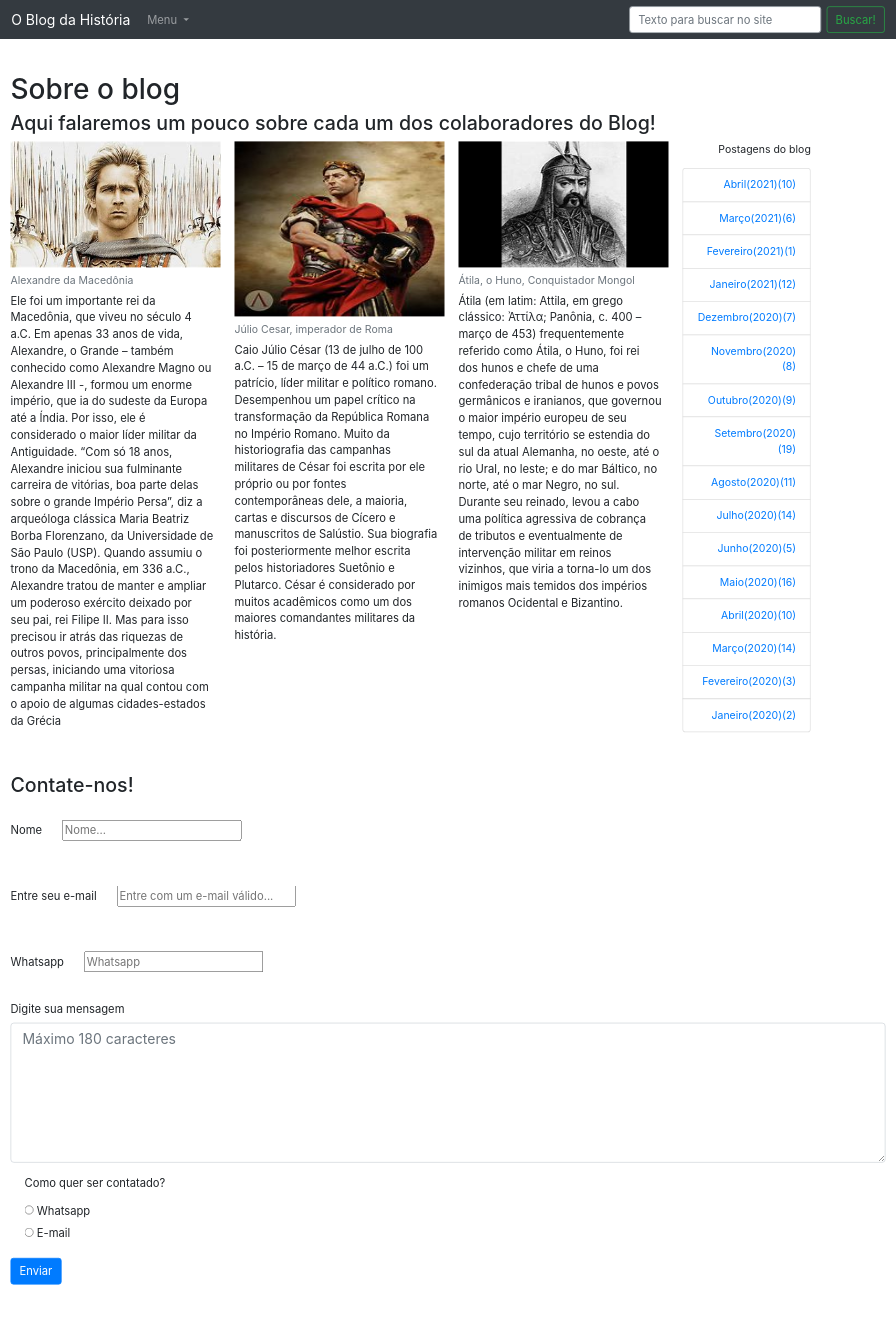
Repository: xhenrique/blog_layout_bootstrap
Page: source/sobre.html
The author's editor kept a copy of each file at every save. The page is drawn from the files as they stood at one save, then again after the next save.
The browser window is 1280 px wide. The pictures show the whole page, at 70% of full size.

Above is the page before, as saved 2021-04-25 03:23:57.

### source/sobre.html
<!DOCTYPE html>
<html lang="pt-br">
  <head>
    <!-- Meta tags Obrigatórias -->
    <meta charset="utf-8">
    <meta name="viewport" content="width=device-width, initial-scale=1, shrink-to-fit=no">

    <!-- Bootstrap CSS -->
    <link rel="stylesheet" href="https://stackpath.bootstrapcdn.com/bootstrap/4.1.3/css/bootstrap.min.css" integrity="sha384-MCw98/SFnGE8fJT3GXwEOngsV7Zt27NXFoaoApmYm81iuXoPkFOJwJ8ERdknLPMO" crossorigin="anonymous">
    <title>O Blog da História</title>
  </head>
  <body>
    <nav class="navbar navbar-expand-md navbar-dark bg-dark sticky-top">
        <a class = "navbar-brand" href="index.html">O Blog da História</a>

        <!--Especificações do que é cada um dos atributos!!!!!
            "aria-controls": define a relação entre os elementos, um elemento é pai e o outro filho, deve ser definido no pai, relacionando o filho;
            "data-target" : Define o que será exibido quando clicar na opção do menu;
            "data-toggle" : o que vai acontecer quando eu clicar em cima do botão, collapse, por exemplo, faz o botão expandir e retrair as opções;
            "aria-expanded" : Flag para o navegador informando que o elemento não está expandido;
            "aria-label" : é usado para definir uma string na tag do elemento atual.
        -->
        <button class="navbar-toggler" type="button" data-toggle="collapse" data-target="#navbarCfg" aria-controls="navbarCfg">
            <span class="navbar-toggler-icon"></span>
        </button>
        <div class="collapse navbar-collapse" id="navbarCfg">
            <ul class="navbar-nav mr-auto">
                <a class="nav-link dropdown-toggle" href="#" id="navbarDropdown" role="button" data-toggle="dropdown" aria-haspopup="true" aria-expanded="false">
                Menu
                </a>
                <div class="dropdown-menu" aria-labelledby="navbarDropdown">
                <a class="dropdown-item" href="index.html">Início</a>
                <a class="dropdown-item" href="sobre.html">Sobre</a>
                <a class="dropdown-item" href="posts.html">Postagens</a>
                <div class="dropdown-divider"></div>
                <p style="text-align: left; padding-left: 10px;"> Criado por: <br/>José Xavier<br/>UFPA - 2021</p>
                </div>
            </ul>
            <form class="form-inline my-2 my-lg-0">
            <input class="form-control mr-sm-2" type="search" placeholder="Texto para buscar no site" aria-label="Search">
            <button class="btn btn-outline-success my-2 my-sm-0" type="submit">Buscar!</button>
            </form>
        </div>
    </nav>

    <div class="container-fluid" id="sobreContainer">
        <div id="sobre_o_blog" class="text-left">
            <br/>
            <br/>
            <h1>Sobre o blog</h1>
            <h3>Aqui falaremos um pouco sobre cada um dos colaboradores do Blog!</h3>
        </div>
        <div class="row d-flex">
            <div class="col-md-3">
                <img class="figure-img" src="../img/alexandre.jpg" alt="Xandão"  style="height: 180px; width: 300px">
                <figcaption class="figure-caption" style="font-size: 15px; margin-bottom: 5px;">
                    Alexandre da Macedônia
                </figcaption>
                <p>Ele foi um importante rei da Macedônia, que viveu no século 4 a.C. Em apenas 33 anos de vida, Alexandre, o Grande – também conhecido como Alexandre Magno ou Alexandre III -, formou um enorme império, que ia do sudeste da Europa até a Índia. Por isso, ele é considerado o maior líder militar da Antiguidade. “Com só 18 anos, Alexandre iniciou sua fulminante carreira de vitórias, boa parte delas sobre o grande Império Persa”, diz a arqueóloga clássica Maria Beatriz Borba Florenzano, da Universidade de São Paulo (USP). Quando assumiu o trono da Macedônia, em 336 a.C., Alexandre tratou de manter e ampliar um poderoso exército deixado por seu pai, rei Filipe II. Mas para isso precisou ir atrás das riquezas de outros povos, principalmente dos persas, iniciando uma vitoriosa campanha militar na qual contou com o apoio de algumas cidades-estados da Grécia</p>
            </div>
            <div class="col-md-3">
                <img class="figure-img" src="../img/th.jfif" alt="imperador" style="height: 250px; width: 300px">
                <figcaption class="figure-caption" style="font-size: 15px; margin-bottom: 5px;">
                    Júlio Cesar, imperador de Roma
                </figcaption>
                <p>Caio Júlio César (13 de julho de 100 a.C. – 15 de março de 44 a.C.) foi um patrício, líder militar e político romano. Desempenhou um papel crítico na transformação da República Romana no Império Romano. Muito da historiografia das campanhas militares de César foi escrita por ele próprio ou por fontes contemporâneas dele, a maioria, cartas e discursos de Cícero e manuscritos de Salústio. Sua biografia foi posteriormente melhor escrita pelos historiadores Suetônio e Plutarco. César é considerado por muitos acadêmicos como um dos maiores comandantes militares da história.</p>
            </div>
            <div class="col-md-3">
                <img class="figure-img" src="../img/atila.jpg" alt="o_huno" style="height: 180px; width: 300px">
                <figcaption class="figure-caption" style="font-size: 15px; margin-bottom: 5px;">
                        Átila, o Huno, Conquistador Mongol
                </figcaption>
                <p>Átila (em latim: Attila, em grego clássico: Ἀττίλα; Panônia, c. 400 – março de 453) frequentemente referido como Átila, o Huno, foi rei dos hunos e chefe de uma confederação tribal de hunos e povos germânicos e iranianos, que governou o maior império europeu de seu tempo, cujo território se estendia do sul da atual Alemanha, no oeste, até o rio Ural, no leste; e do mar Báltico, no norte, até o mar Negro, no sul. Durante seu reinado, levou a cabo uma política agressiva de cobrança de tributos e eventualmente de intervenção militar em reinos vizinhos, que viria a torna-lo um dos inimigos mais temidos dos impérios romanos Ocidental e Bizantino.</p>
            </div>
                <div class="col-md-2">
                    <div class="text-right" style="font-size: 15px;">
                        <p>Postagens do blog</p>
                        <ul class="list-group">
                            <!--Javascript provavelmente entraria aqui, iterando sobre uma lista/matriz e exibindo a quantida de postagens por mês/ano-->
                            <li class="list-group-item"><a href="">Abril(2021)(10)</a></li>
                            <li class="list-group-item"><a href="">Março(2021)(6)</a></li>
                            <li class="list-group-item"><a href="">Fevereiro(2021)(1)</a></li>
                            <li class="list-group-item"><a href="">Janeiro(2021)(12)</a></li>
                            <li class="list-group-item"><a href="">Dezembro(2020)(7)</a></li>
                            <li class="list-group-item"><a href="">Novembro(2020)(8)</a></li>
                            <li class="list-group-item"><a href="">Outubro(2020)(9)</a></li>
                            <li class="list-group-item"><a href="">Setembro(2020)(19)</a></li>
                            <li class="list-group-item"><a href="">Agosto(2020)(11)</a></li>
                            <li class="list-group-item"><a href="">Julho(2020)(14)</a></li>
                            <li class="list-group-item"><a href="">Junho(2020)(5)</a></li>
                            <li class="list-group-item"><a href="">Maio(2020)(16)</a></li>
                            <li class="list-group-item"><a href="">Abril(2020)(10)</a></li>
                            <li class="list-group-item"><a href="">Março(2020)(14)</a></li>
                            <li class="list-group-item"><a href="">Fevereiro(2020)(3)</a></li>
                            <li class="list-group-item"><a href="">Janeiro(2020)(2)</a></li>
                        </ul>
                    </div>
                </div>
        </div>

        <form>
            <br/>
            <br/>

            <h3>
                Contate-nos!
            </h3>
            <div class="mb-3">
                <label for="nameInput" class="form-label">Nome</label>
                <input class="m-4" type="name" placeholder="Nome..." class="form-control" id="nameInput"  required>
            </div>
            <div class="mb-3">
                <label for="inputEmail" class="form-label">Entre seu e-mail</label>
                <input class= "m-4" type="email" placeholder="Entre com um e-mail válido..." class="form-control" id="inputEmail"  required>
            </div>
              <div class="mb-3">
                <label for="wppInput" class="form-label">Whatsapp</label>
                <input class="m-4" type="text" placeholder="Whatsapp" class="form-control" id="wppInput">
              </div>
              <div class="mb-3">
                <label for="msgInput" class="form-label">Digite sua mensagem</label>
                <textarea type="text" placeholder="Máximo 180 caracteres" maxlength="180" class="form-control form-control-lg" id="msgInput" style="height: 200px;"></textarea>
              </div>
              <div class="mb-3 form-check">
                  <p>Como quer ser contatado?
                  </p>
                  <input type="radio" id="wpp" name="whatsapp" value="Whatsapp">
                  <label for="wpp">Whatsapp</label><br>
                  <input type="radio" id="e-mail" name="email" value="E-mail">
                  <label for="e-mail">E-mail</label><br>
              </div>
              <button class="btn btn-primary" type="submit" aria-label="btnSubmmit">Enviar</button>
              <br>
              <br>
              <br>
        </form>
    </div>


    <!-- JavaScript (Opcional) -->
    <!-- jQuery primeiro, depois Popper.js, depois Bootstrap JS -->
    <script src="https://code.jquery.com/jquery-3.3.1.slim.min.js" integrity="sha384-q8i/X+965DzO0rT7abK41JStQIAqVgRVzpbzo5smXKp4YfRvH+8abtTE1Pi6jizo" crossorigin="anonymous"></script>
    <script src="https://cdnjs.cloudflare.com/ajax/libs/popper.js/1.14.3/umd/popper.min.js" integrity="sha384-ZMP7rVo3mIykV+2+9J3UJ46jBk0WLaUAdn689aCwoqbBJiSnjAK/l8WvCWPIPm49" crossorigin="anonymous"></script>
    <script src="https://stackpath.bootstrapcdn.com/bootstrap/4.1.3/js/bootstrap.min.js" integrity="sha384-ChfqqxuZUCnJSK3+MXmPNIyE6ZbWh2IMqE241rYiqJxyMiZ6OW/JmZQ5stwEULTy" crossorigin="anonymous"></script>
  </body>
</html>

After the next save:
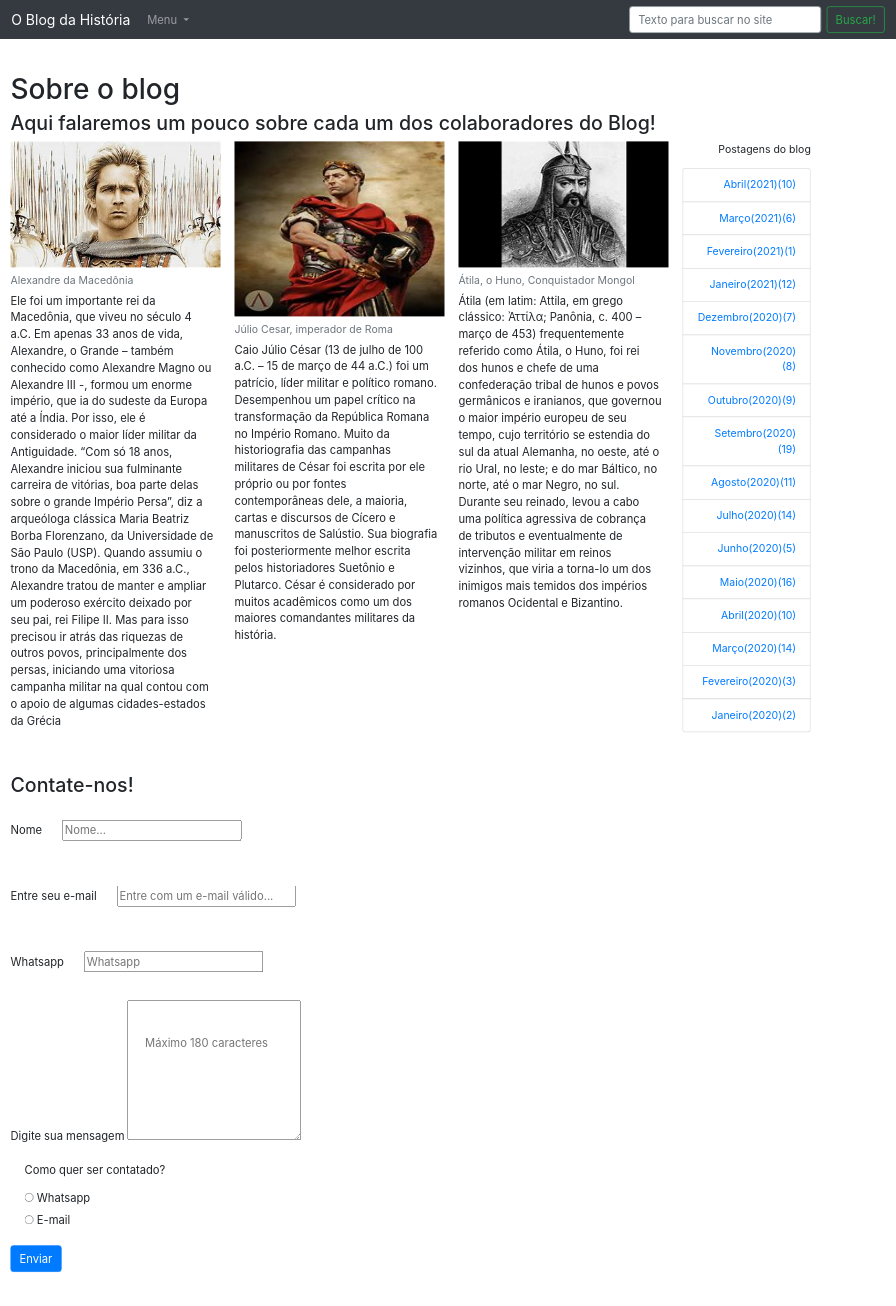
Saved 40 s later.
--- a/source/sobre.html
+++ b/source/sobre.html
@@ -119,7 +119,7 @@
               </div>
               <div class="mb-3">
                 <label for="msgInput" class="form-label">Digite sua mensagem</label>
-                <textarea type="text" placeholder="Máximo 180 caracteres" maxlength="180" class="form-control form-control-lg" id="msgInput" style="height: 200px;"></textarea>
+                <textarea class="pt-xl-5 pl-xl-4" type="text" placeholder="Máximo 180 caracteres" maxlength="180" class="form-control form-control-lg" id="msgInput" style="height: 200px;"></textarea>
               </div>
               <div class="mb-3 form-check">
                   <p>Como quer ser contatado?
